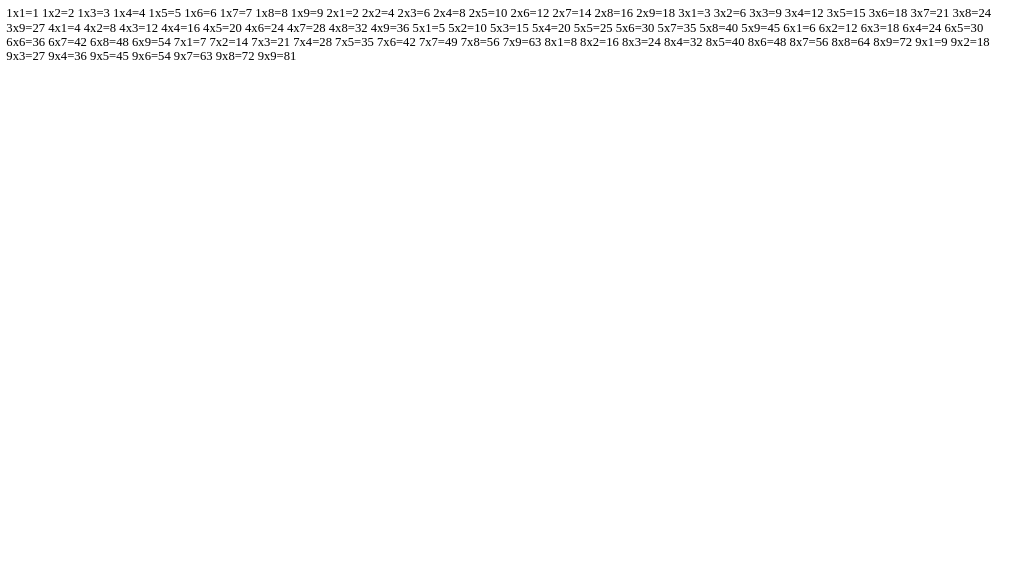
Repository: Zzl85199/111-1javaweb
Page: http://localhost/final/ninenine.jsp
The author's editor kept a copy of each file at every save. The page is drawn from the files as they stood at one save, then again after the next save.
The browser window is 1280 px wide. The pictures show the whole page, at 79% of full size.
The page is served by Tomcat 9.

Above is the page before, as saved 2023-01-06 02:09:30.

After the next save:
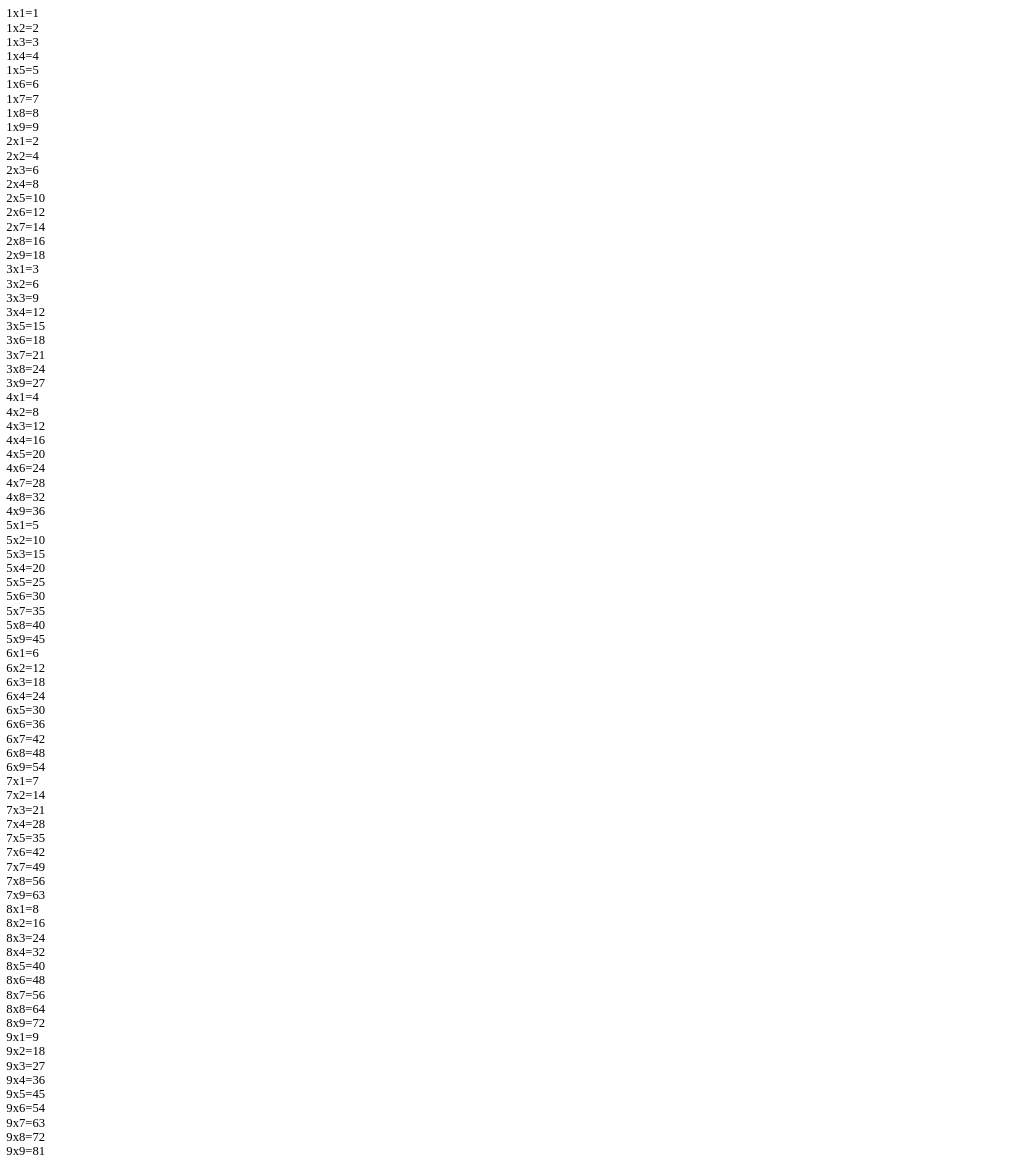
Saved 63 s later.
--- a/finalprac/final/WebContent/ninenine.jsp
+++ b/finalprac/final/WebContent/ninenine.jsp
@@ -11,8 +11,12 @@
 	for(int i=1;i<=9;i++){
 		for(int j=1;j<=9;j++){
 			out.println(i+"x"+j+"="+i*j);
+%>
+<br>
+<%
 		}
 	}
 %>
+
 </body>
 </html>
